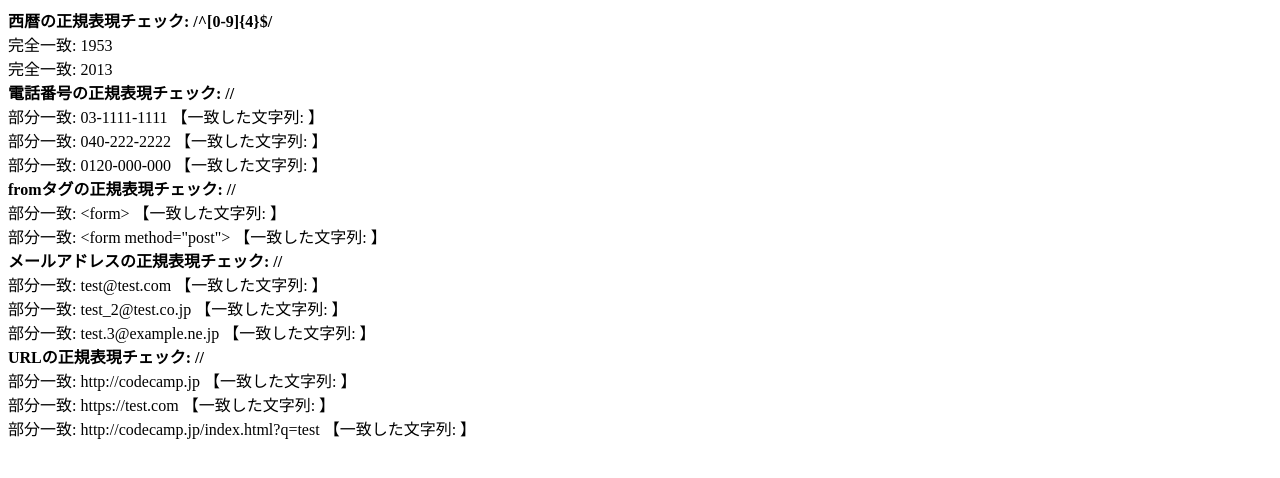
Repository: kawahito05-work/dc_work_nakano_kawahito_php
Page: http://localhost/htdocs/php17/challenge_preg_match.php
The author's editor kept a record of every edit. The page is drawn from the files as they stood at one moment, then again after the next edit.
The browser window is 1280 px wide. The pictures show the whole page.
The page is run by PHP 8.4 with error messages shown; the project is at /var/www/html/.

Above is the page before.

### htdocs/php17/challenge_preg_match.php
<?php
// 西暦
$regexp_year   = '/^[0-9]{4}$/'; // 西暦の正規表現を入力
$check_year[0] = '1953';
$check_year[1] = '2013';
// 電話番号
$regexp_phone_number   = '//'; // 電話番号の正規表現を入力
$check_phone_number[0] = '03-1111-1111';
$check_phone_number[1] = '040-222-2222';
$check_phone_number[2] = '0120-000-000';
// formタグ
$regexp_form   = '//'; // formの正規表現を入力
$check_form[0] = '<form>';
$check_form[1] = '<form method="post">';
// メールアドレス
$regexp_mail   = '//'; // メールアドレスの正規表現を入力
$check_mail[0] = 'test@test.com';
$check_mail[1] = 'test_2@test.co.jp';
$check_mail[2] = 'test.3@example.ne.jp';
// URL
$regexp_url   = '//'; // URLの正規表現を入力
$check_url[0] = 'http://codecamp.jp';
$check_url[1] = 'https://test.com';
$check_url[2] = 'http://codecamp.jp/index.html?q=test';
////////////////////////////////////////////////////////
// これ以降の処理はソースコード変更を行わないようにしてください。
////////////////////////////////////////////////////////
$reslut_check_phone_number = check_regexp($regexp_phone_number, $check_phone_number);
$reslut_check_form      = check_regexp($regexp_form, $check_form);
$reslut_check_mail      = check_regexp($regexp_mail, $check_mail);
$reslut_check_year      = check_regexp($regexp_year, $check_year);
$reslut_check_url       = check_regexp($regexp_url, $check_url);
function check_regexp($regexp, $str_data) {
   $msg = [];
   foreach ($str_data as $value) {
       if (preg_match($regexp, $value, $macthes) === 1) {
           if ($value === $macthes[0]) {
               $msg[] =  '完全一致: ' . $value;
           } else {
               $msg[] =  '部分一致: ' . $value . ' 【一致した文字列: ' . $macthes[0] . '】';
           }
       } else {
           $msg[] = '不一致: ' . $value;
       }
   }
   return $msg;
}
?>
<!DOCTYPE html>
<html lang="ja">
<head>
   <meta charset="UTF-8">
   <title>正規表現課題</title>
   <style type="text/css">
       h1 {
           font-size: 16px;
       }
       h1, p {
           margin: 0px;
       }
   </style>
</head>
<body>
   <section>
       <h1>西暦の正規表現チェック: <?php print htmlspecialchars($regexp_year, ENT_QUOTES, 'UTF-8'); ?></h1>
<?php foreach ($reslut_check_year as $value) { ?>
       <p><?php print htmlspecialchars($value, ENT_QUOTES, 'UTF-8'); ?></p>
<?php } ?>
   </section>
   <section>
       <h1>電話番号の正規表現チェック: <?php print htmlspecialchars($regexp_phone_number, ENT_QUOTES, 'UTF-8'); ?></h1>
<?php foreach ($reslut_check_phone_number as $value) { ?>
       <p><?php print htmlspecialchars($value, ENT_QUOTES, 'UTF-8'); ?></p>
<?php } ?>
   </section>
   <section>
       <h1>fromタグの正規表現チェック: <?php print htmlspecialchars($regexp_form, ENT_QUOTES, 'UTF-8'); ?></h1>
<?php foreach ($reslut_check_form as $value) { ?>
       <p><?php print htmlspecialchars($value, ENT_QUOTES, 'UTF-8'); ?></p>
<?php } ?>
   </section>
   <section>
       <h1>メールアドレスの正規表現チェック: <?php print htmlspecialchars($regexp_mail, ENT_QUOTES, 'UTF-8'); ?></h1>
<?php foreach ($reslut_check_mail as $value) { ?>
       <p><?php print htmlspecialchars($value, ENT_QUOTES, 'UTF-8'); ?></p>
<?php } ?>
   </section>
   <section>
       <h1>URLの正規表現チェック: <?php print htmlspecialchars($regexp_url, ENT_QUOTES, 'UTF-8'); ?></h1>
<?php foreach ($reslut_check_url as $value) { ?>
       <p><?php print htmlspecialchars($value, ENT_QUOTES, 'UTF-8'); ?></p>
<?php } ?>
   </section>
</body>
</html>

After the next edit:
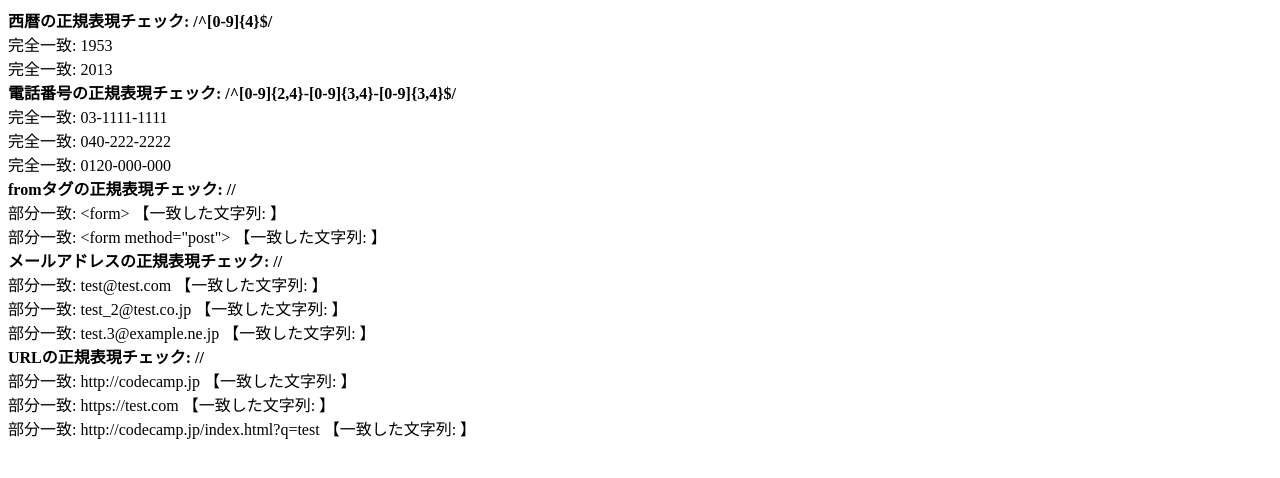
The edit:
--- a/htdocs/php17/challenge_preg_match.php
+++ b/htdocs/php17/challenge_preg_match.php
@@ -4,7 +4,7 @@
 $check_year[0] = '1953';
 $check_year[1] = '2013';
 // 電話番号
-$regexp_phone_number   = '//'; // 電話番号の正規表現を入力
+$regexp_phone_number   = '/^[0-9]{2,4}-[0-9]{3,4}-[0-9]{3,4}$/'; // 電話番号の正規表現を入力
 $check_phone_number[0] = '03-1111-1111';
 $check_phone_number[1] = '040-222-2222';
 $check_phone_number[2] = '0120-000-000';
